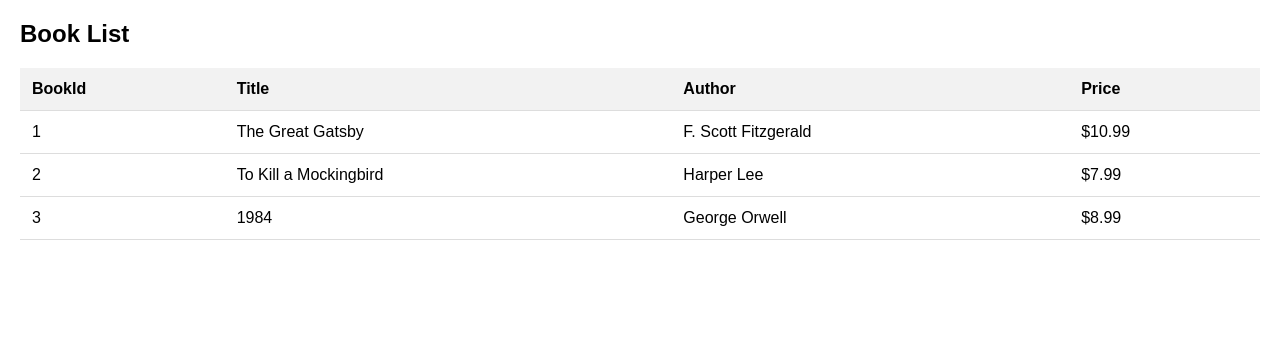
Repository: Jyoshika1263/Java-Training_Genpact
Page: shop/src/main/resources/static/index.html
An editor plug-in stored every save of this project. The page is shown before and after the next save, followed by the edit.
The browser window is 1280 px wide. The pictures show the whole page.

Above is the page before, as saved 2025-02-26 11:22:28.

After the next save:
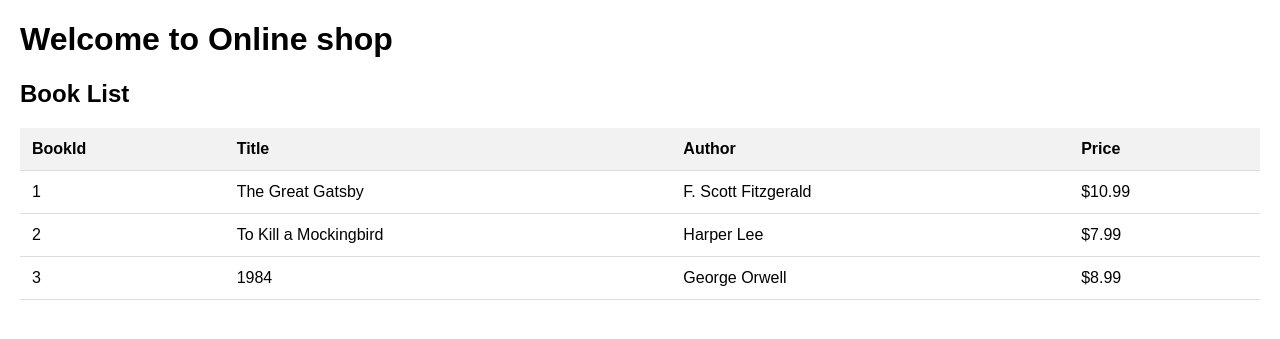
Saved 43 s later.
--- a/shop/src/main/resources/static/index.html
+++ b/shop/src/main/resources/static/index.html
@@ -8,7 +8,7 @@
 
 </head>
 <body>
-
+<h1> Welcome to Online shop</h1>
 <h2>Book List</h2>
 
 <table>
